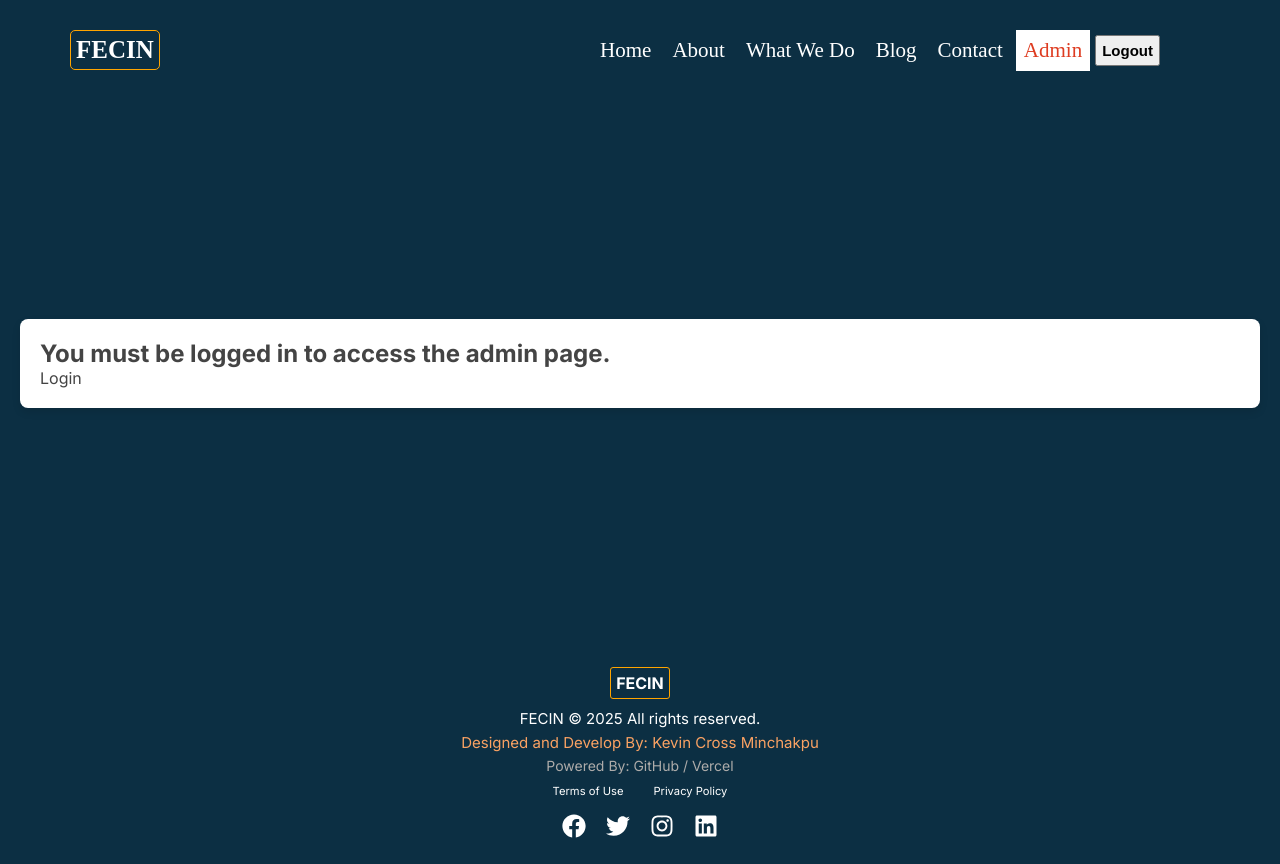
Repository: KCMinchakpu/fecin-projectgs497
Page: /admin
These files come from the project's save history. The page is drawn as it stood at one moment and after the next save; the edit follows.
The browser window is 1280 px wide. The pictures show the whole page.
The page's requests for data from a server got no answer. The project was rebuilt for these pictures with package versions that can differ from the ones it lists, and the page was loaded fresh each time. The framework's server and built-in components were replaced by stand-ins that run in the browser. No one was signed in, and anything a server would have sent is missing. Also part of the build but not shown: next.config.mjs.

Above is the page before, as saved 2025-04-12 04:56:08.

After the next save:
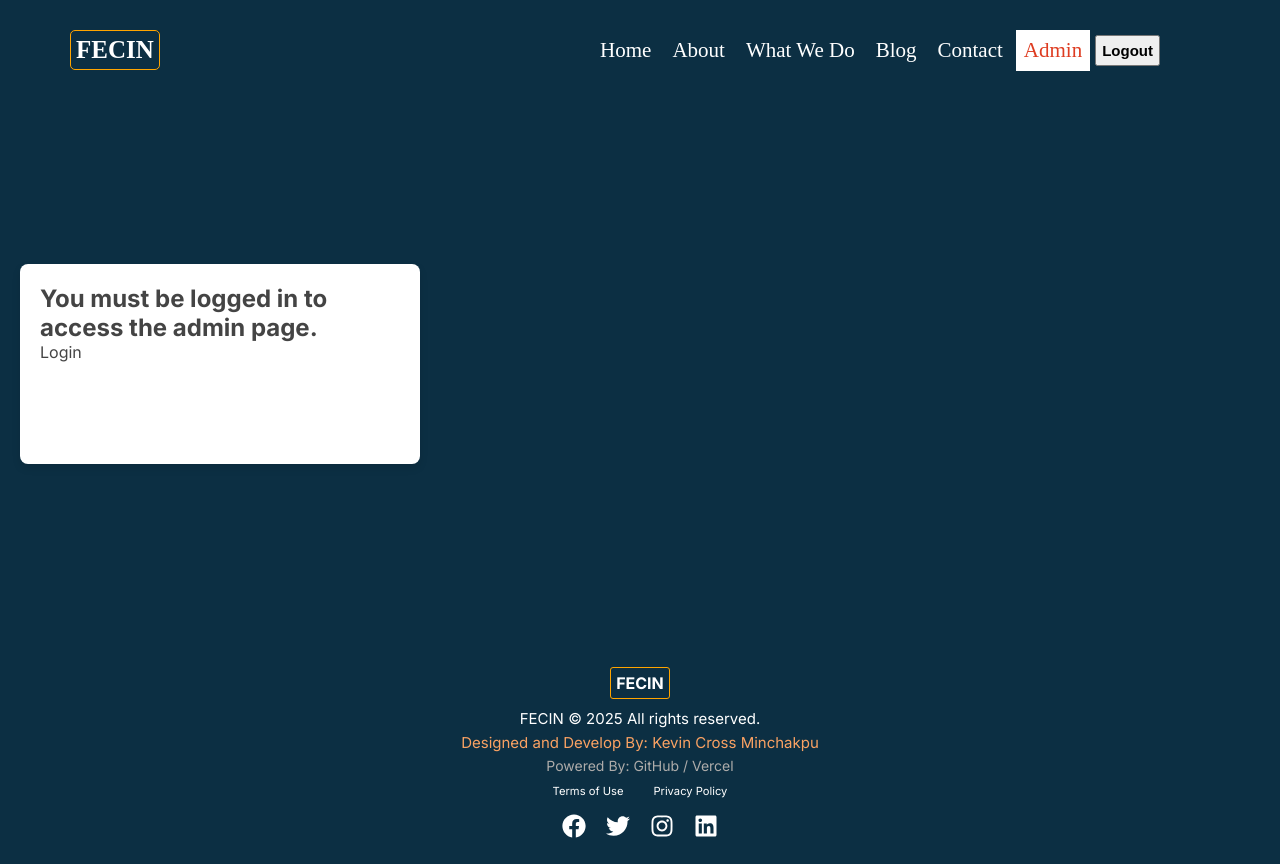
Saved 91 s later.
--- a/src/app/globals.css
+++ b/src/app/globals.css
@@ -45,4 +45,7 @@ a {
     border-radius: 8px;
     box-shadow: 0 4px 8px rgba(0, 0, 0, 0.1);
     margin-bottom: 20px;
+    width: 400px;
+    height: 200px;
+    align-items: center;
 }
